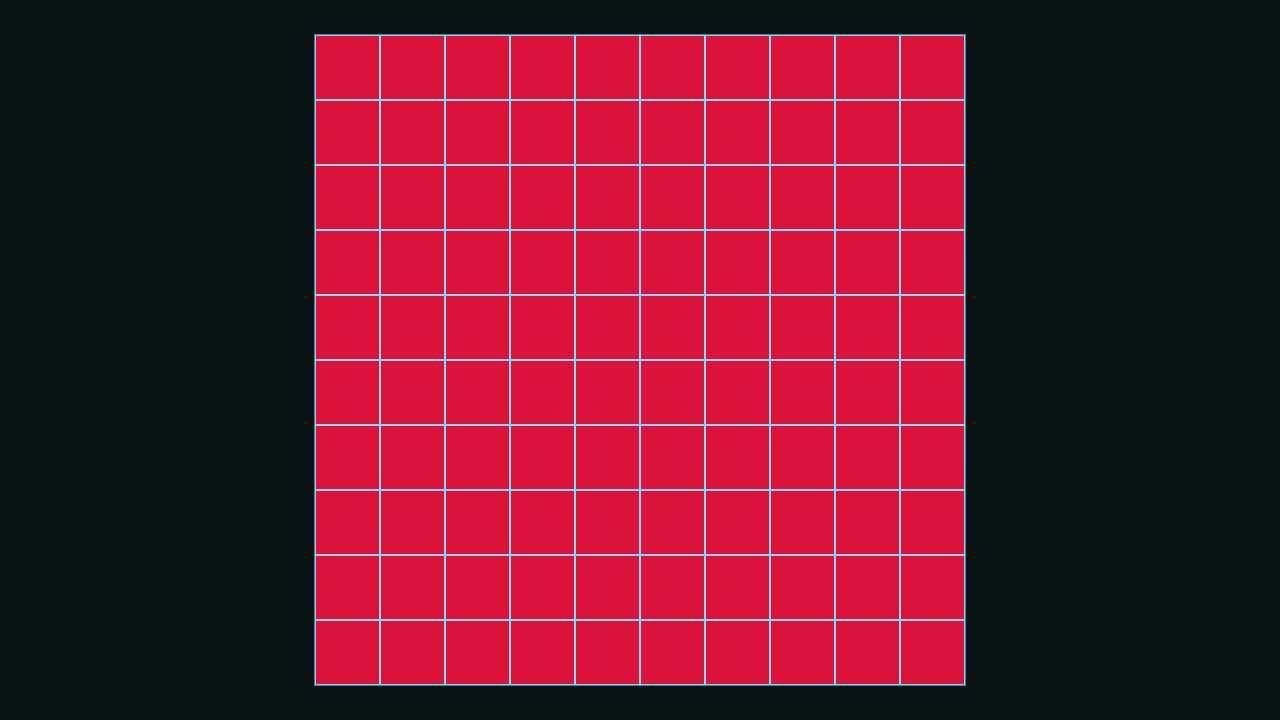
Repository: rehans-Life/linkedlist-snake-game
Page: /
The author's editor kept a copy of each file at every save. The page is drawn from the files as they stood at one save, then again after the next save.
The browser window is 1280 px wide. The pictures show the whole page.
The project was rebuilt for these pictures with package versions that can differ from the ones it lists, and the page was loaded fresh each time. The framework's server and built-in components were replaced by stand-ins that run in the browser. Also part of the build but not shown: next.config.js.

Above is the page before, as saved 2023-04-15 12:28:20.

### pages/index.js
import Head from "next/head";
import styles from "../styles/Home.module.css";
import Board from "../components/Board";

export default function Home() {
  return (
    <div className={styles.container}>
      <Head>
        <title>Linked List Snake Game</title>
        <meta name="description" content="linked list snake game" />
        <link rel="icon" href="/favicon.ico" />
      </Head>
      <Board />
    </div>
  );
}

### styles/globals.css
html,
body {
  padding: 0;
  margin: 0;
  font-family: -apple-system, BlinkMacSystemFont, Segoe UI, Roboto, Oxygen,
    Ubuntu, Cantarell, Fira Sans, Droid Sans, Helvetica Neue, sans-serif;
}

a {
  color: inherit;
  text-decoration: none;
}

* {
  box-sizing: border-box;
}

button {
  margin: 0;
  padding: 0;
}

### styles/Home.module.css
.container {
  background-color: rgb(7, 18, 21);
  height: 100vh;
  display: flex;
  align-items: center;
  justify-content: center;
}

.board {
  border: 1px solid rgb(62, 131, 154);
}

.row {
  display: flex;
  align-items: center;
  justify-content: center;
}

.cell {
  width: 65px;
  height: 65px;
  border: 1px solid rgb(123, 222, 255);
}

.snake_cell {
  background-color: green;
}

.food_cell {
  background-color: crimson;
}

### components/Board.jsx
import React, { useState } from "react";
import styles from "../styles/Home.module.css";
import { createBoard } from "../utils";

const BOARD_SIZE = 10;

// A Class to represent each node of the linked list
class Node {
  constructor(value) {
    this.value = value;
    this.next = null;
  }
}

// A class to represent the singly linked list
class SinglyLinkedList {
  constructor(value) {
    let node = new Node(value);
    this.head = node;
    this.tail = node;
  }
}

export default function Board() {
  const [board, setBoard] = useState(createBoard(10));

  // A set to store the values of all snake cells intially our snake will be of size
  // one cell and start from the 44th cells
  const [snakeCells, setSnakeCells] = useState(new Set([44]));

  // A linked list for our snake initally going to have only one node which
  // is at cell 44
  const [linkedlist, setLinkedList] = useState(new SinglyLinkedList(44));

  return (
    <div className={styles.board}>
      {board.map((row, index) => (
        <div key={index} className={styles.row}>
          {row.map((_, index) => (
            <div
              key={index}
              className={`${styles.cell} ${
                false ? styles.snake_cell : styles.food_cell
              }`}
            ></div>
          ))}
        </div>
      ))}
    </div>
  );
}

### utils.js
const randomIntInIntervel = (max, min) => {
  return Math.floor(Math.random() * (max - min + 1)) + min;
};

export const createBoard = (board_size) => {
  // All the cells which have a certain value assigned to them
  let board = [];
  let counter = 1;
  for (let i = 0; i < board_size; i++) {
    let row = [];
    for (let j = 0; j < board_size; j++) row.push(counter++);
    board.push(row);
  }
  return board;
};

Loaded but not shown: pages/_app.js (common file)

After the next save:
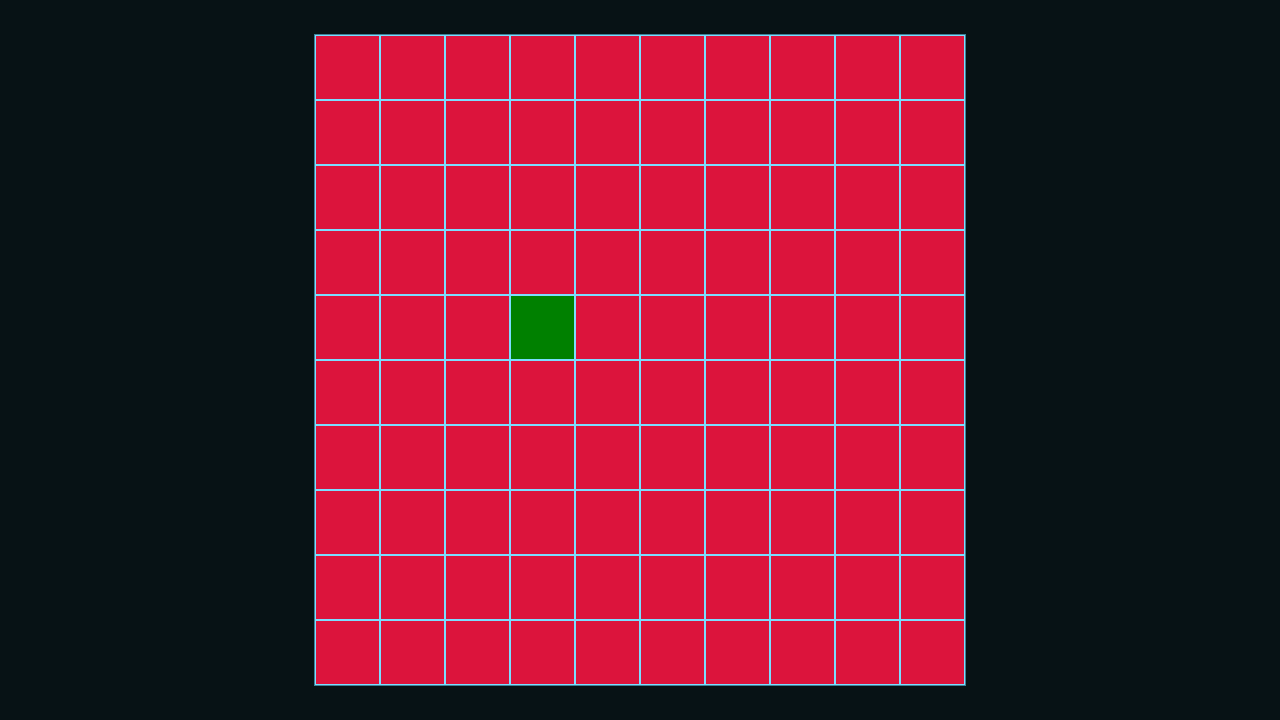
Saved 28 s later.
--- a/components/Board.jsx
+++ b/components/Board.jsx
@@ -36,11 +36,11 @@ export default function Board() {
     <div className={styles.board}>
       {board.map((row, index) => (
         <div key={index} className={styles.row}>
-          {row.map((_, index) => (
+          {row.map((value, index) => (
             <div
               key={index}
               className={`${styles.cell} ${
-                false ? styles.snake_cell : styles.food_cell
+                snakeCells.has(value) ? styles.snake_cell : styles.food_cell
               }`}
             ></div>
           ))}
